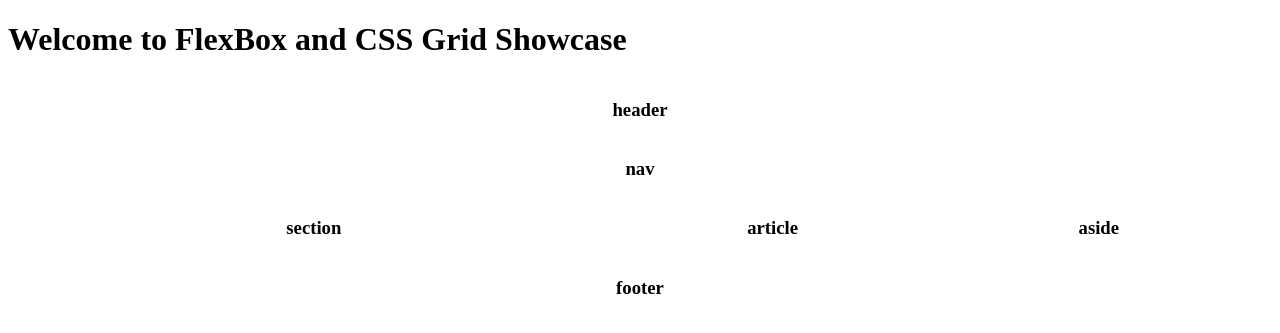
Repository: Awhit-commits/CSS_GRID_AND_FLEXBOX_LESSON
Page: index.html
An editor plug-in stored every save of this project. The page is shown before and after a run of saves, followed by the edit.
The browser window is 1280 px wide. The pictures show the whole page.

Above is the page before, as saved 2020-12-21 10:20:05.

### index.html
<!DOCTYPE html>
<html lang="en">

<head>
    <meta charset="UTF-8">
    <meta name="viewport" content="width=device-width, initial-scale=1.0">
    <title>Document</title>
    <link rel="stylesheet" href="style.css">
</head>

<body>
    <h1>Welcome to FlexBox and CSS Grid Showcase</h1>
    <div class="containerFlex">
        <div class="header">
            <h3>header</h3>

        </div>
        <div class="nav">
            <h3>nav</h3>
        </div>
        <div class="section">
            <h3>section</h3>
        </div>
        <div class="article">
            <h3>article</h3>
        </div>
        <div class="aside">
            <h3>aside</h3>
        </div>
        <div class="footer">
            <h3>footer</h3>
        </div>
    </div>
    <script src="script.js"></script>
</body>

</html>

### style.css
.containerFlex{
    display: flex;
    flex-flow: row wrap;

    justify-content: flex-end;
}
.containerFlex > *{
    flex:1 100%
}

.header{
    /* justify-content: flex-start; */
    text-align: center;
    flex: 1 1 auto;
}

.nav{
    text-align: center;
    /* flex-grow: 3; */
}
.section{
    text-align: center;
    flex: 2;
}
.article{
    text-align: center;
    flex: 1 0px;
}
.footer{
    text-align: center;
}
.aside{
    text-align: center;
    flex: 1 auto;
}

### script.js
console.log(`Hello World`);

After the next 4 saves:
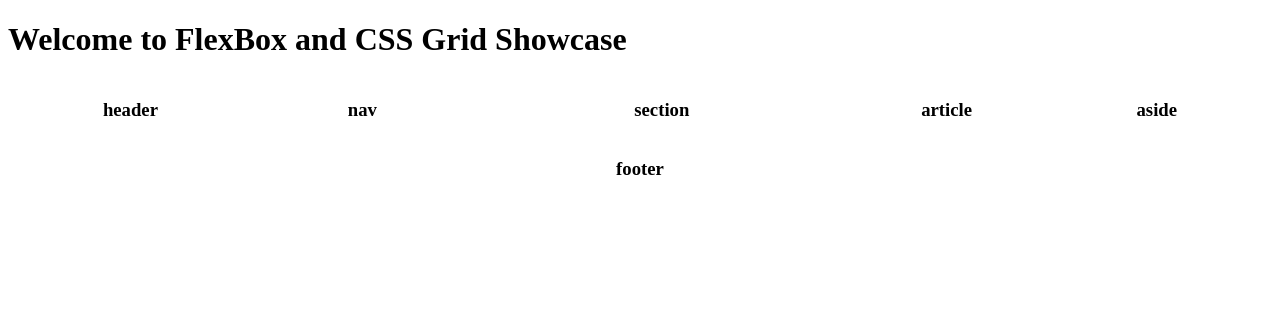
The 4 saves are shown as one change because they came seconds apart.
The last was saved 15 s later.
--- a/style.css
+++ b/style.css
@@ -16,7 +16,7 @@
 
 .nav{
     text-align: center;
-    /* flex-grow: 3; */
+    flex: 1 1 auto;
 }
 .section{
     text-align: center;
